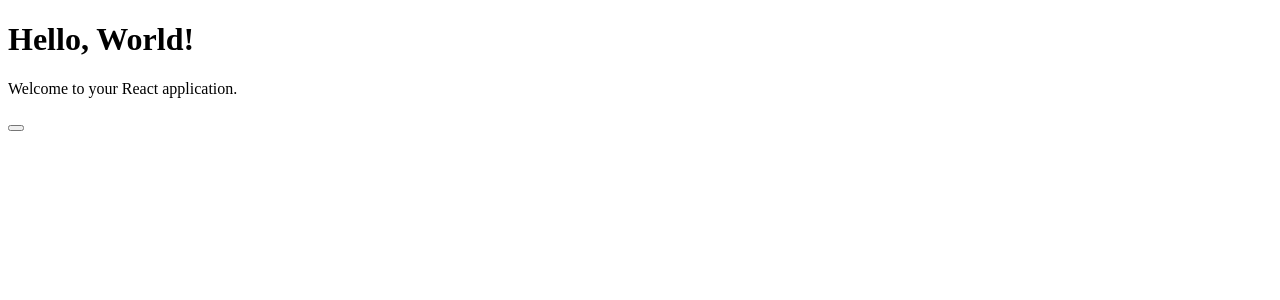
Repository: wendeshiro/D3-F-week1
Page: /
These files come from the project's save history. The page is drawn as it stood at one moment and after the next save; the edit follows.
The browser window is 1280 px wide. The pictures show the whole page.
The project was rebuilt for these pictures with package versions that can differ from the ones it lists, and the page was loaded fresh each time. Also part of the build but not shown: vite.config.js, src/index.css.

Above is the page before, as saved 2025-09-08 15:41:07.

### index.html
<!doctype html>
<html lang="en">

<head>
  <meta charset="UTF-8" />
  <link rel="icon" type="image/svg+xml" href="/vite.svg" />
  <meta name="viewport" content="width=device-width, initial-scale=1.0" />
  <link rel="icon" href="/public/favicon.ico" type="image/x-icon" />
  <title>Week 01!!!</title>
</head>

<body>
  <div id="root">

  </div>
  <script type="module" src="/src/main.jsx"></script>
</body>

</html>

### src/App.jsx
function App() {
  return (
    <div className="Title">
      <h1>Hello, World!</h1>
      <p>Welcome to your React application.</p>
      <button></button>
    </div>
  );
}

export default App;

Loaded but not shown: src/main.jsx (common file)

After the next save:
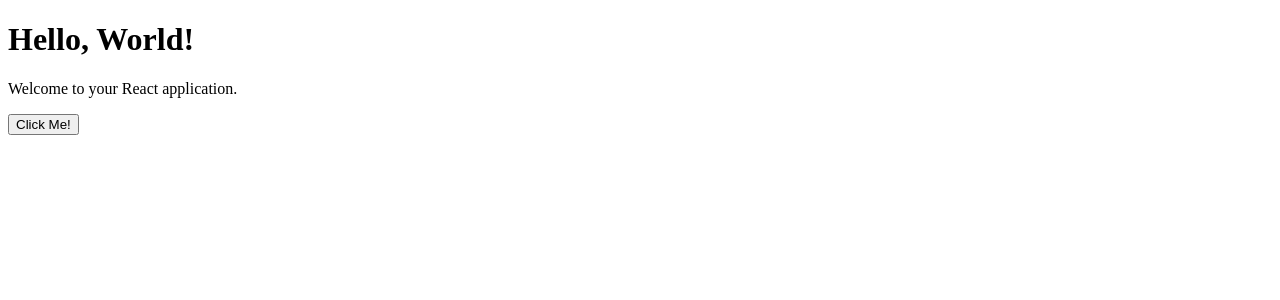
Saved 36 s later.
--- a/src/App.jsx
+++ b/src/App.jsx
@@ -3,7 +3,7 @@ function App() {
     <div className="Title">
       <h1>Hello, World!</h1>
       <p>Welcome to your React application.</p>
-      <button></button>
+      <button>Click Me!</button>
     </div>
   );
 }
